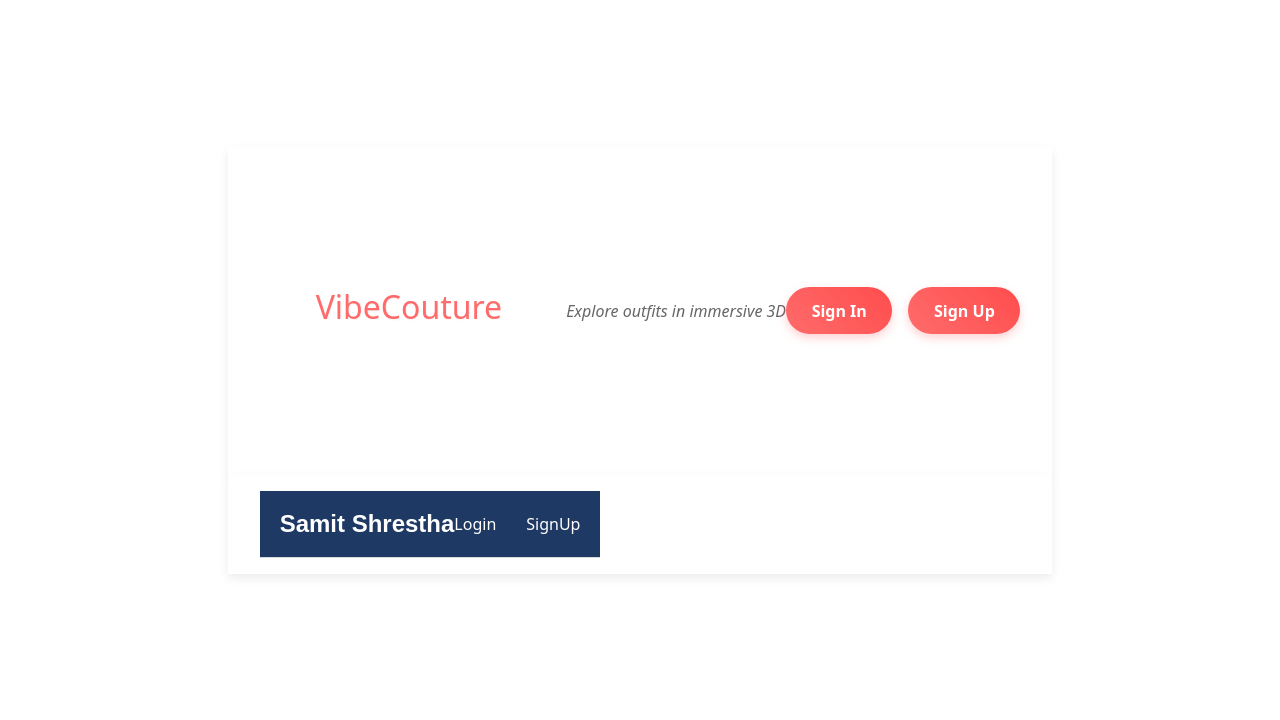
Repository: Leejaw-Chitrakar/MERN-PROJECT
Page: /login
These files come from the project's save history. The page is drawn as it stood at one moment and after the next save; the edit follows.
The browser window is 1280 px wide. The pictures show the whole page.
The project was rebuilt for these pictures with package versions that can differ from the ones it lists, and the page was loaded fresh each time. Also part of the build but not shown: vite.config.js, src/components/OutfitCard/OutfitCard.css, src/components/OutfitCard/Outfitcard.jsx, src/components/OutfitViewer/OutfitViewer.css, src/components/OutfitViewer/OutfitViewer.jsx, src/components/Model/Model.css, src/components/Model/Model.jsx, src/components/Footer/Footer.css and 6 more.

Above is the page before, as saved 2025-08-31 15:36:44.

After the next save:
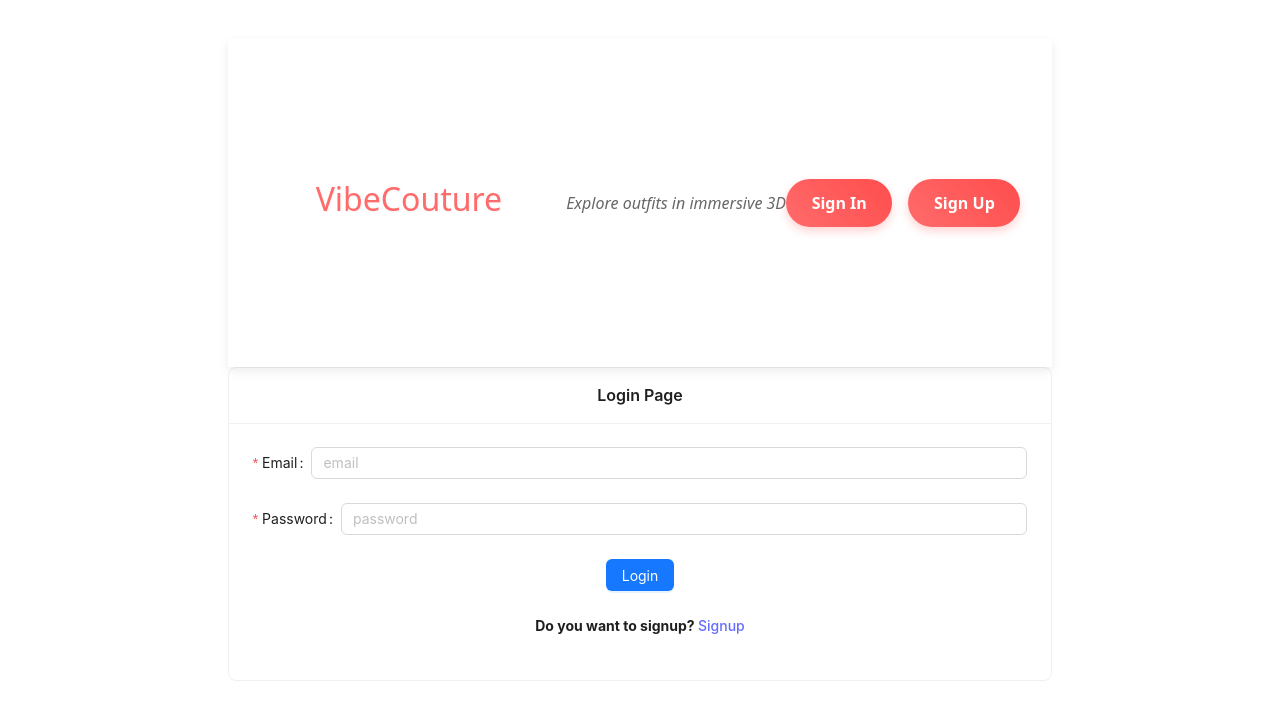
Saved 3 min 16 s later.
--- a/src/pages/LoginPage.jsx
+++ b/src/pages/LoginPage.jsx
@@ -1,62 +1,73 @@
-import { Flex, Button } from "antd";
-import { Link, Outlet, useNavigate } from "react-router-dom";
-import React from "react";
+import { Button, Card, Form, Input, message, notification } from 'antd'
+import axios from 'axios'
+import { useState } from 'react'
+import { useNavigate, Link } from 'react-router-dom'
 
-const RootLayout = () => {
-  const token = localStorage.getItem("accessToken");
-  const navigate = useNavigate();
+const LoginPage = () => {
+  const [loading, setLoading] = useState(false) // to track api calling process
+  const navigate = useNavigate()
 
-  const handleLogout = () => {
-    localStorage.clear();
-    navigate("/login");
-  };
+  const onFinish = async (values) => {
+    setLoading(true)
+
+    try {
+      const res = await axios.post(
+        'https://egov-backend.vercel.app/api/users/login',
+        values,
+      )
+
+      const { accessToken } = res.data
+      localStorage.setItem('accessToken', accessToken)
+
+      navigate('/')
+
+      message.success('Login Successful')
+      notification.success('Login successful')
+    } catch (err) {
+      console.error(err)
+      message.error('Login unsuccessful')
+      notification.error('Login unsuccessful')
+    } finally {
+      setLoading(false)
+    }
+  }
+
   return (
-    <div>
-      <header>
-        {/* left side one */}
-        <Flex
-          justify="space-between"
-          style={{
-            display: "flex",
-            justifyContent: "space-between",
-            padding: "15px 20px",
-            backgroundColor: "#1e3a64ff",
-            borderBottom: "1px solid #d9d9d9",
-            alignItems: "center",
-          }}
+    <Card title="Login Page">
+      <Form onFinish={onFinish}>
+        {/* email  */}
+        <Form.Item
+          label="Email"
+          name="email"
+          required
         >
-          <div style={{ fontWeight: "bold", color: "white", fontFamily:'sans-serif', fontSize: '24px' }}>Samit Shrestha</div>
-          {/* right side  */}
-          <Flex gap={30} style={{ alignItems: "center" }}>
-            {token ? (
-              <>
-                <Link to="/" style={{ color: "white",}}>Home</Link>
-                <Link to="/profile" style={{ color: "white",}}>Profile</Link>
-                <Link to="/complain" style={{ color: "white",}}>Complain</Link>
-                <Button type="primary" onClick={handleLogout} style={{ color: "white",}}>
-                  Logout
-                </Button>
-              </>
-            ) : (
-              <>
-                <Link to="/login" style={{ color: "white",}}>Login</Link>
-                <Link to="/signup" style={{ color: "white",}}>SignUp</Link>
-              </>
-            )}
-            {/* <Link to='/'>Home</Link>
-                <Link to='/login'>Login</Link>
-                <Link to='/signup'>SignUp</Link>
-                <div>Logout</div>
-         */}
-          </Flex>
-        </Flex>
-      </header>
-      <main>
-        {/* for rendering other react pages defined inside root layout */}
-        <Outlet />
-      </main>
-    </div>
-  );
-};
+          <Input placeholder="email" />
+        </Form.Item>
+        {/* password */}
+        <Form.Item
+          label="Password"
+          name="password"
+          required
+        >
+          <Input placeholder="password" />
+        </Form.Item>
+        {/* submit button  */}
+        <Form.Item>
+          <Button
+            type="primary"
+            htmlType="submit"
+            loading={loading}
+          >
+            Login
+          </Button>
+        </Form.Item>
+      </Form>
 
-export default RootLayout;
+      <h4>
+        Do you want to signup? <Link to="/signup">Signup</Link>
+      </h4>
+    </Card>
+  )
+}
+
+export default LoginPage
